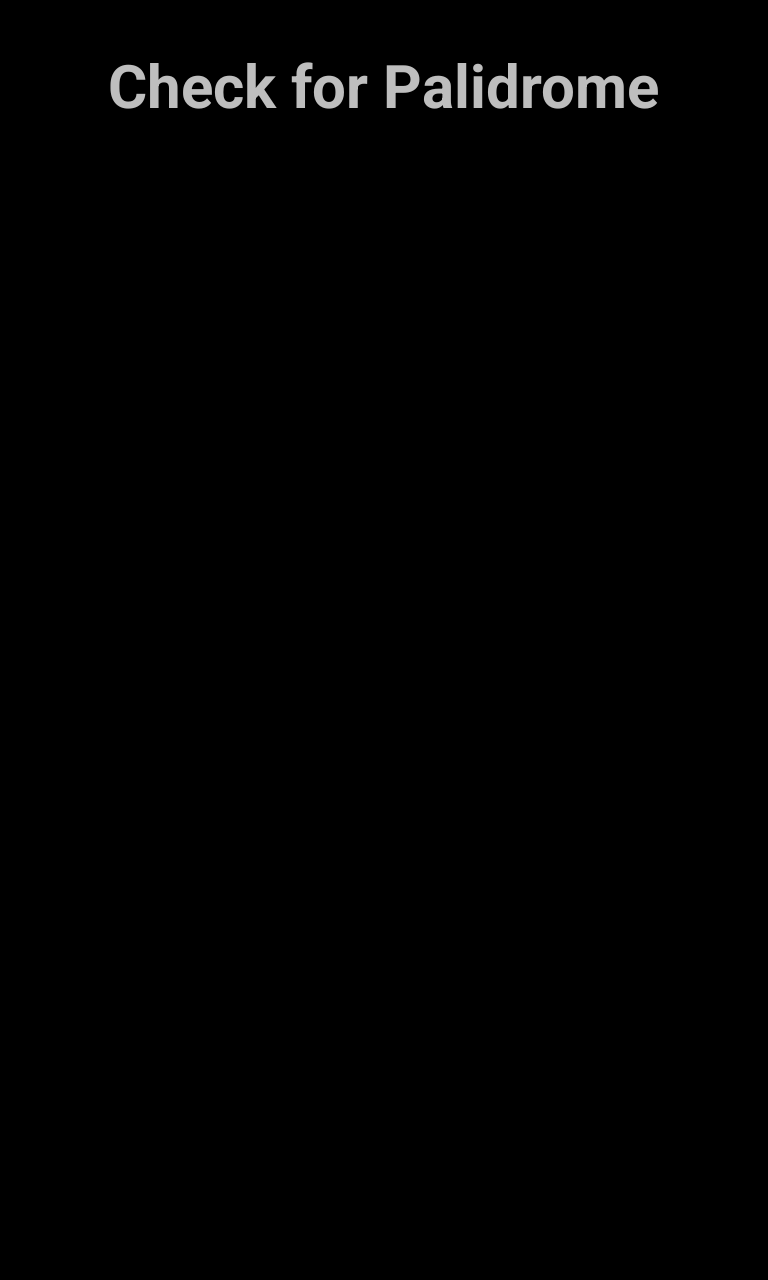
Repository: shinjikun/android-prjs-jenkins-sample
Layout: PalindromePrj/res/layout/main.xml
These files come from the project's save history. The layout is drawn as it stood at one moment and after the next save; the edit follows.
It is drawn on a 768 x 1280 px phone screen (xhdpi) without system bars, with theme android:Theme; the app's code is not run.

Above is the layout before, as saved 2012-09-23 03:10:42.

### PalindromePrj/res/layout/main.xml
<?xml version="1.0" encoding="utf-8"?>
<RelativeLayout xmlns:android="http://schemas.android.com/apk/res/android"
    android:id="@+id/RelativeLayout1"
    android:layout_width="fill_parent"
    android:layout_height="fill_parent"
    android:orientation="vertical" >

    <TextView
        android:id="@+id/textView1"
        android:layout_width="wrap_content"
        android:layout_height="wrap_content"
        android:layout_alignParentTop="true"
        android:layout_centerHorizontal="true"
        android:layout_marginTop="22dp"
        android:textStyle="bold"
        android:textSize="30dp"
        android:text="Check for Palidrome" />

</RelativeLayout>

After the next save:
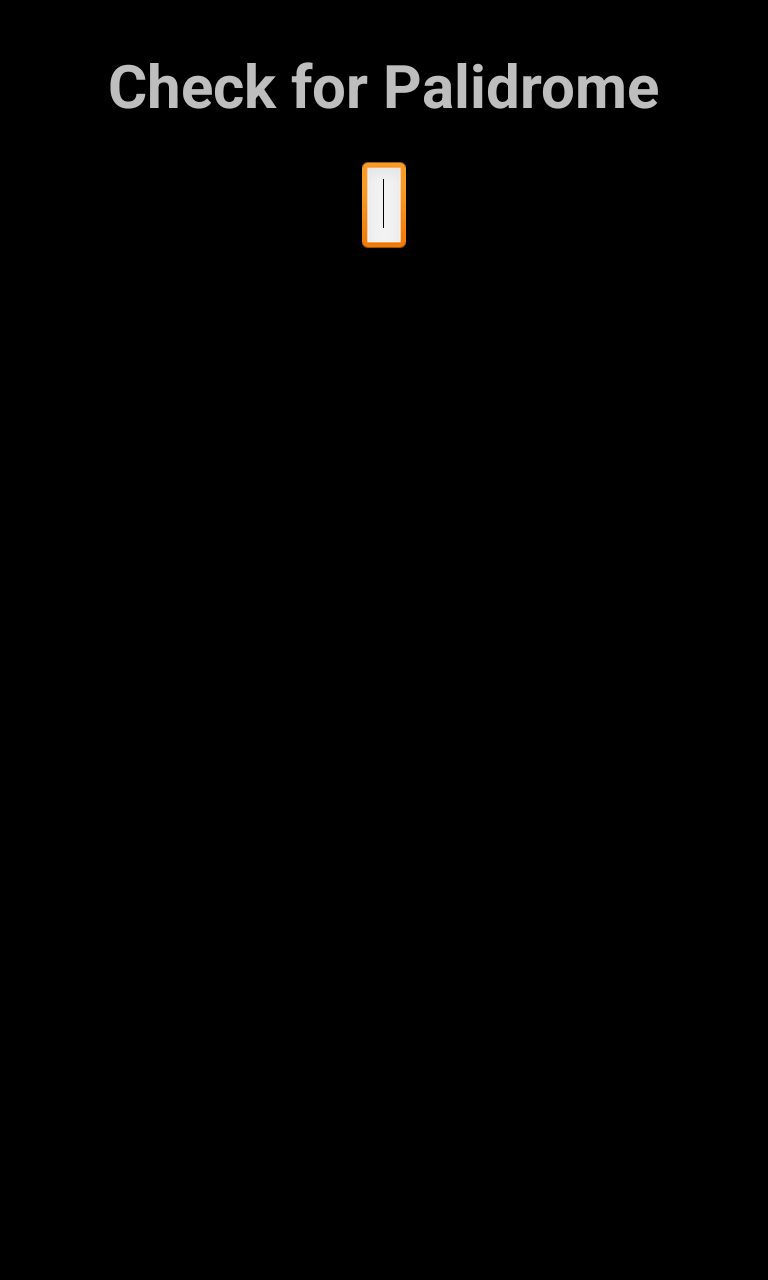
Saved 44 s later.
--- a/PalindromePrj/res/layout/main.xml
+++ b/PalindromePrj/res/layout/main.xml
@@ -16,4 +16,15 @@
         android:textSize="30dp"
         android:text="Check for Palidrome" />
 
+    <EditText
+        android:id="@+id/txtPalidrome"
+        android:layout_width="wrap_content"
+        android:layout_height="wrap_content"
+        android:layout_below="@+id/textView1"
+        android:layout_centerHorizontal="true"
+        android:layout_marginTop="18dp" >
+
+        <requestFocus />
+    </EditText>
+
 </RelativeLayout>
